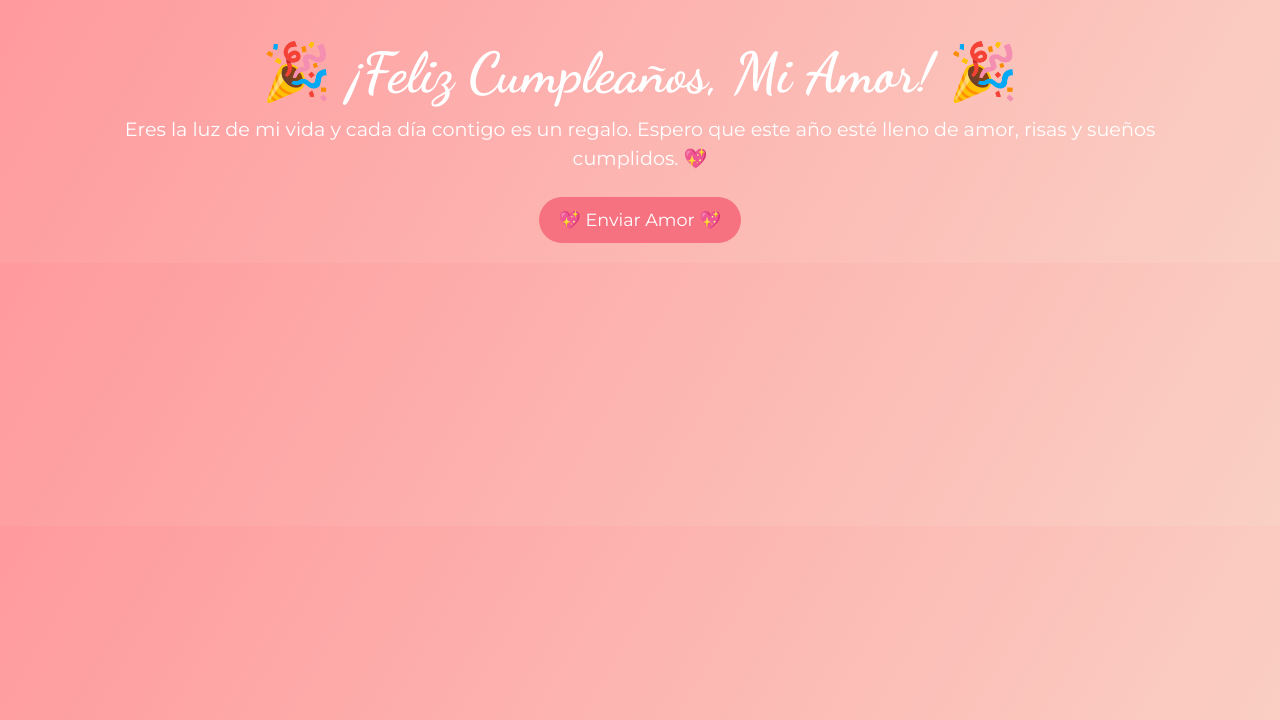
Repository: Jchimbo99/Esposa
Page: index.html
The author's editor kept a copy of each file at every save. The page is drawn from the files as they stood at one save, then again after the next save.
The browser window is 1280 px wide. The pictures show the whole page.

Above is the page before, as saved 2025-01-24 09:25:51.

### index.html
<!DOCTYPE html>
<html lang="en">
<head>
    <meta charset="UTF-8">
    <meta name="viewport" content="width=device-width, initial-scale=1.0">
    <title>¡Feliz Cumpleaños, Amor!</title>
    <!-- Bootstrap CSS -->
    <link href="https://cdn.jsdelivr.net/npm/bootstrap@5.3.0-alpha3/dist/css/bootstrap.min.css" rel="stylesheet">
    <!-- Google Fonts -->
    <link href="https://fonts.googleapis.com/css2?family=Dancing+Script:wght@700&family=Montserrat:wght@400;700&display=swap" rel="stylesheet">
    <!-- Custom CSS -->
    <style>
        body {
            background: linear-gradient(120deg, #ff9a9e, #fad0c4);
            font-family: 'Montserrat', sans-serif;
            color: #fff;
            text-align: center;
            padding: 20px;
            overflow: hidden;
        }
        h1 {
            font-family: 'Dancing Script', cursive;
            font-size: 3.5rem;
            margin-top: 20px;
        }
        p {
            font-size: 1.2rem;
        }
        .btn-custom {
            background-color: #f67280;
            border: none;
            color: white;
            padding: 10px 20px;
            font-size: 1.1rem;
            border-radius: 50px;
            transition: transform 0.3s, box-shadow 0.3s;
        }
        .btn-custom:hover {
            background-color: #c06c84;
            transform: scale(1.1);
            box-shadow: 0 4px 15px rgba(0, 0, 0, 0.2);
        }
        .heart {
            position: absolute;
            font-size: 2rem;
            animation: floatUp 4s ease-in-out infinite, fadeOut 4s ease-in-out infinite;
            color: #ff6f91;
        }
        @keyframes floatUp {
            0% {
                transform: translateY(0);
            }
            100% {
                transform: translateY(-500px);
            }
        }
        @keyframes fadeOut {
            0% {
                opacity: 1;
            }
            100% {
                opacity: 0;
            }
        }
    </style>
</head>
<body>
    <div class="container">
        <h1>🎉 ¡Feliz Cumpleaños, Mi Amor! 🎉</h1>
        <p>Eres la luz de mi vida y cada día contigo es un regalo. Espero que este año esté lleno de amor, risas y sueños cumplidos. 💖</p>
        <div class="mt-4">
            <button class="btn btn-custom" onclick="generateHearts()">💖 Enviar Amor 💖</button>
        </div>
    </div>

    <!-- Bootstrap JS -->
    <script src="https://cdn.jsdelivr.net/npm/bootstrap@5.3.0-alpha3/dist/js/bootstrap.bundle.min.js"></script>
    <!-- Custom JavaScript -->
    <script>
        function generateHearts() {
            const body = document.body;
            for (let i = 0; i < 30; i++) { // Generar 30 corazones
                const heart = document.createElement('div');
                heart.className = 'heart';
                heart.innerHTML = '❤️';
                heart.style.left = Math.random() * 100 + 'vw'; // Posición horizontal aleatoria
                heart.style.animationDelay = Math.random() * 2 + 's'; // Retraso de animación aleatorio
                heart.style.fontSize = Math.random() * 1.5 + 1 + 'rem'; // Tamaño aleatorio
                body.appendChild(heart);

                // Eliminar el corazón después de la animación
                setTimeout(() => {
                    heart.remove();
                }, 4000); // Tiempo igual a la duración de la animación
            }
        }
    </script>
</body>
</html>

After the next save:
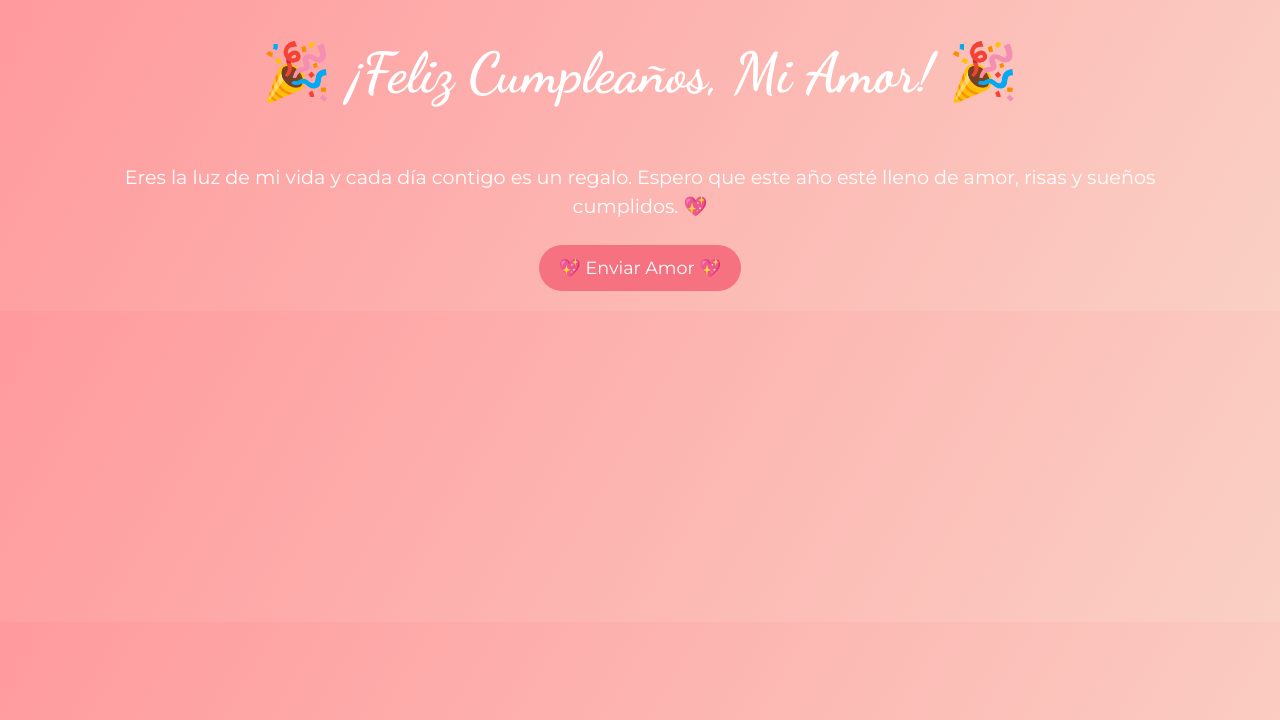
Saved 5 s later.
--- a/index.html
+++ b/index.html
@@ -67,6 +67,7 @@
 <body>
     <div class="container">
         <h1>🎉 ¡Feliz Cumpleaños, Mi Amor! 🎉</h1>
+        <BR></BR>
         <p>Eres la luz de mi vida y cada día contigo es un regalo. Espero que este año esté lleno de amor, risas y sueños cumplidos. 💖</p>
         <div class="mt-4">
             <button class="btn btn-custom" onclick="generateHearts()">💖 Enviar Amor 💖</button>
